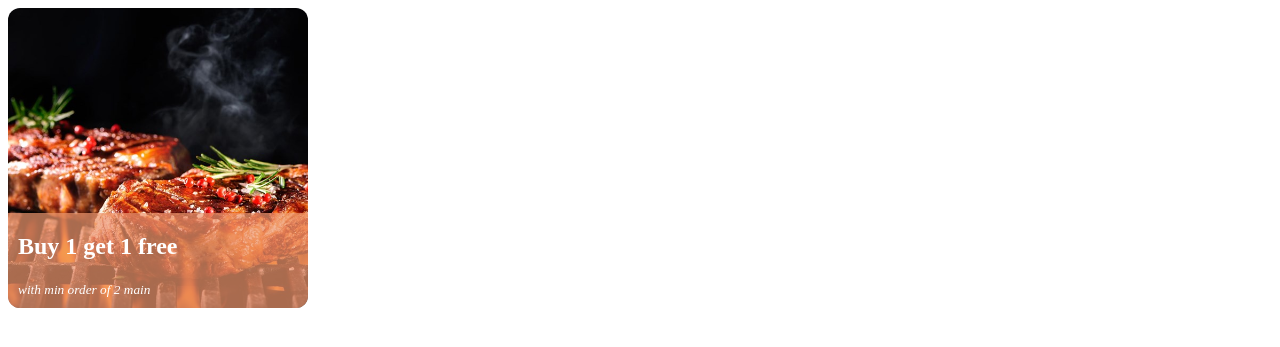
Repository: 4forces/HTML-CSS-LESSON
Page: box.html
The author's editor kept a record of every edit. The page is drawn from the files as they stood at one moment, then again after the next edit.
The browser window is 1280 px wide. The pictures show the whole page.

Above is the page before.

After the next edit:
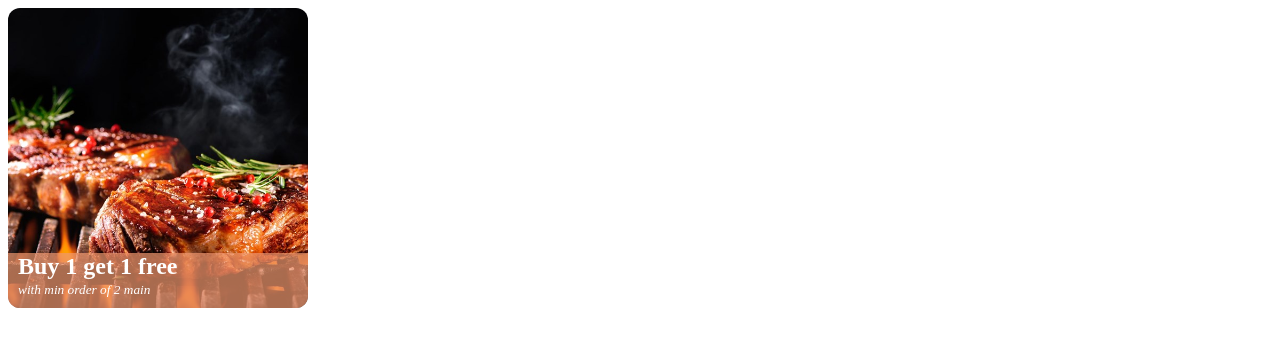
The edit:
--- a/box.html
+++ b/box.html
@@ -21,6 +21,9 @@
             background-color: rgba(240, 151, 110, 0.7);
             border-radius: 0 0 12px 12px;
         }
+        .promo h2 {
+            margin : 0;
+        }
     </style>
     <title>Document</title>
 </head>
